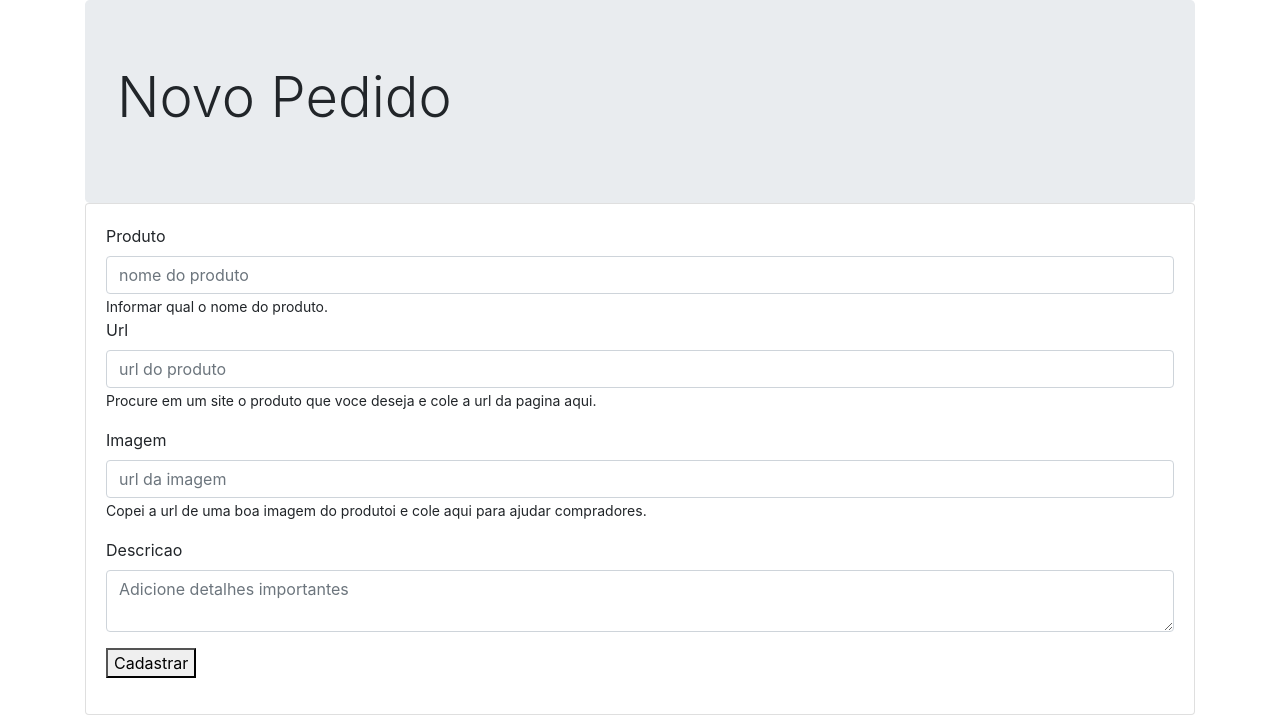
Repository: PedroKarasudani/Spring_MVC
Page: http://localhost/pedido/formulario
The author's editor kept a copy of each file at every save. The page is drawn from the files as they stood at one save, then again after the next save.
The browser window is 1280 px wide. The pictures show the whole page.
The page is this project's Thymeleaf template; nobody is signed in. The template is opened directly, without the code that normally fills it, so the values that code supplies are empty.

Above is the page before, as saved 2023-10-25 00:39:45.

After the next save:
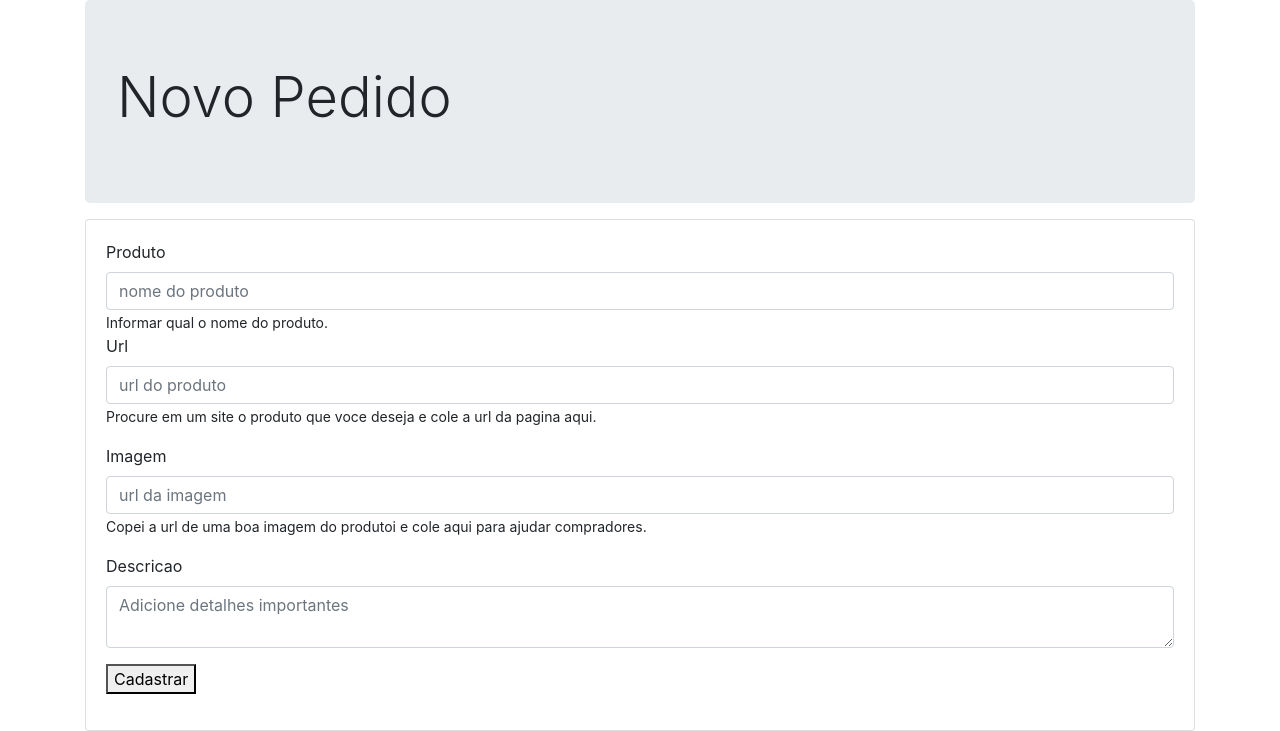
Saved 41 s later.
--- a/mudi/src/main/resources/templates/pedido/formulario.html
+++ b/mudi/src/main/resources/templates/pedido/formulario.html
@@ -13,7 +13,7 @@
 		<div class="jumbotron mb-0">
 			<h1 class="display-4">Novo Pedido</h1>
 		</div>
-		<div class="card">
+		<div class="card mt-3">
 			<form class="card-body" action="/pedido/novo" method="POST">
 				<div class="form-group">
 					<label for="nomeProduto">Produto</label>
